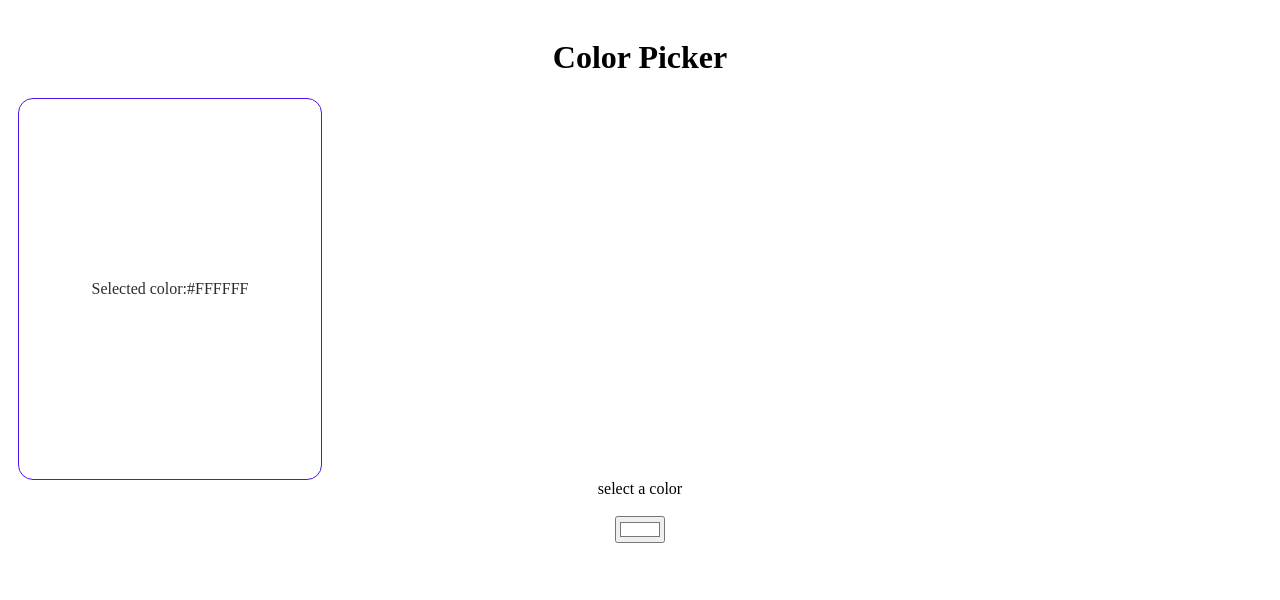
Repository: wakoya-tech/my-react-practice
Page: /
An editor plug-in stored every save of this project. The page is shown before and after the next save, followed by the edit.
The browser window is 1280 px wide. The pictures show the whole page.
The project was rebuilt for these pictures with package versions that can differ from the ones it lists, and the page was loaded fresh each time. Also part of the build but not shown: vite.config.js.

Above is the page before, as saved 2025-10-03 11:59:41.

### src/index.css
.color-picker-container{
  text-align: center;
  padding: 10px;
}
.color-display {
  display: flex;
  text-align: center;

  justify-content: center;
   align-items: center;
  border: 1px solid rgb(84, 19, 236);
  color: rgb(48, 43, 43);
  background-color: rgb(82, 82, 197);
width: 300px;
height: 300px;

border-radius: 15px;
  padding:40px 1px;
}

### src/App.jsx
// App.jsx
import ColorPicker from "./ColorPicker.jsx";

function App() {
  return (
    <ColorPicker />
  );
}
export default App;

### src/ColorPicker.jsx
import React, { useState } from "react";
function ColorPicker(){
      const [color,setColor]=useState("#FFFFFF")
   function handleColorChange(event){
    setColor(event.target.value);
   }
   return(<div className="color-picker-container">
 <h1>Color Picker</h1>
 <div className="color-display" style={{backgroundColor:color}}>
   <p>Selected color:{color}</p>
   </div>
 <label > select a color</label>
 <br />
 <br />
   <input type="color" value={color} onChange={handleColorChange} />
    </div>);
}
export default ColorPicker

Loaded but not shown: index.html (common file); src/main.jsx (common file)

After the next save:
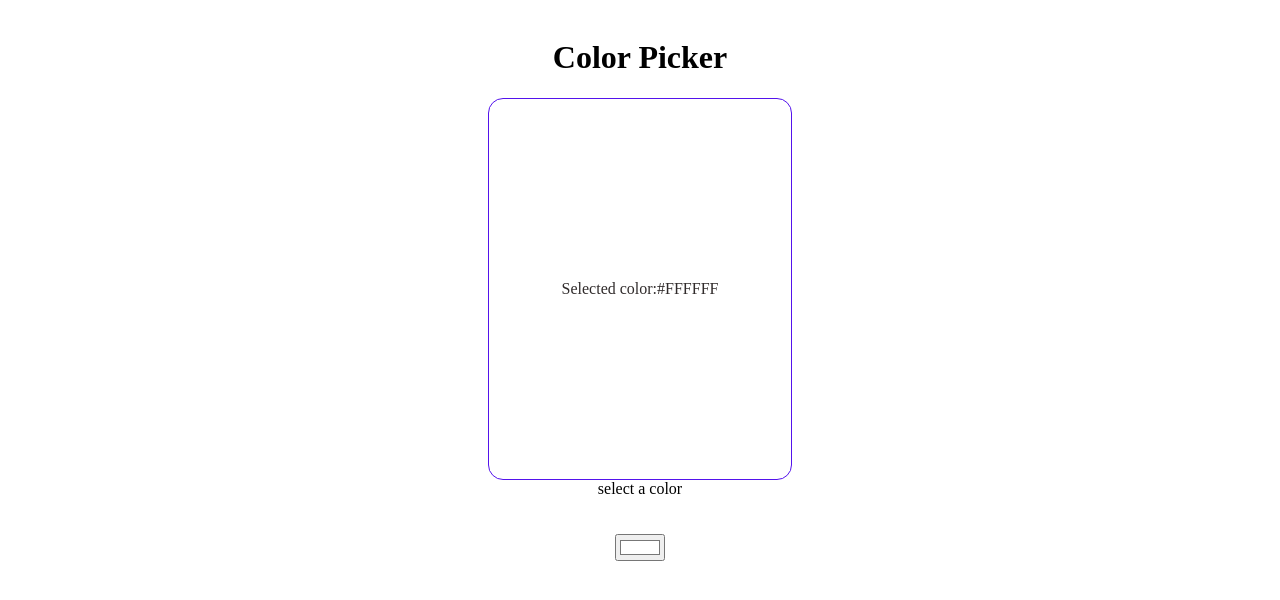
Saved 74 s later.
--- a/src/index.css
+++ b/src/index.css
@@ -1,18 +1,22 @@
 .color-picker-container{
-  text-align: center;
+  display: flex;
+  flex-direction: column;
+  align-items: center;
+
   padding: 10px;
+
 }
 .color-display {
+  width: 300px;
+height: 300px;
+
   display: flex;
-  text-align: center;
 
   justify-content: center;
    align-items: center;
   border: 1px solid rgb(84, 19, 236);
   color: rgb(48, 43, 43);
   background-color: rgb(82, 82, 197);
-width: 300px;
-height: 300px;
 
 border-radius: 15px;
   padding:40px 1px;
